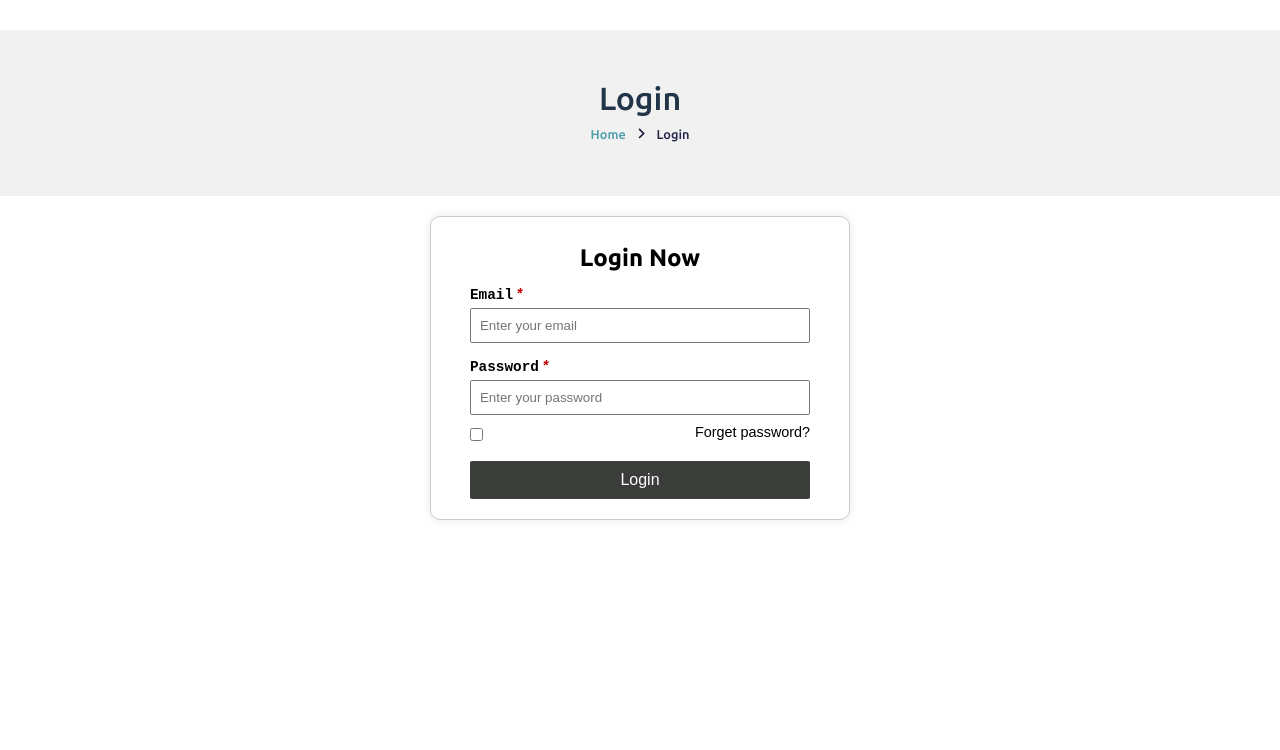
Repository: jkvekariya/Online-store-Management
Page: /auth/login (app in frontend/client/)
The author's editor kept a copy of each file at every save. The page is drawn from the files as they stood at one save, then again after the next save.
The browser window is 1280 px wide. The pictures show the whole page.
Some web fonts or font styles are not loaded; a fallback is used. The project was rebuilt for these pictures with package versions that can differ from the ones it lists, and the page was loaded fresh each time. Also part of the build but not shown: frontend/client/vite.config.js, frontend/client/src/css/header.css, frontend/client/src/css/sidebar.css, frontend/client/src/components/Sidebar.jsx, frontend/client/src/context/CartContext.jsx, frontend/client/src/components/Header.jsx, frontend/client/src/css/footer.css, frontend/client/src/components/Footer.jsx and 11 more.

Above is the page before, as saved 2026-01-02 14:46:05.

After the next save:
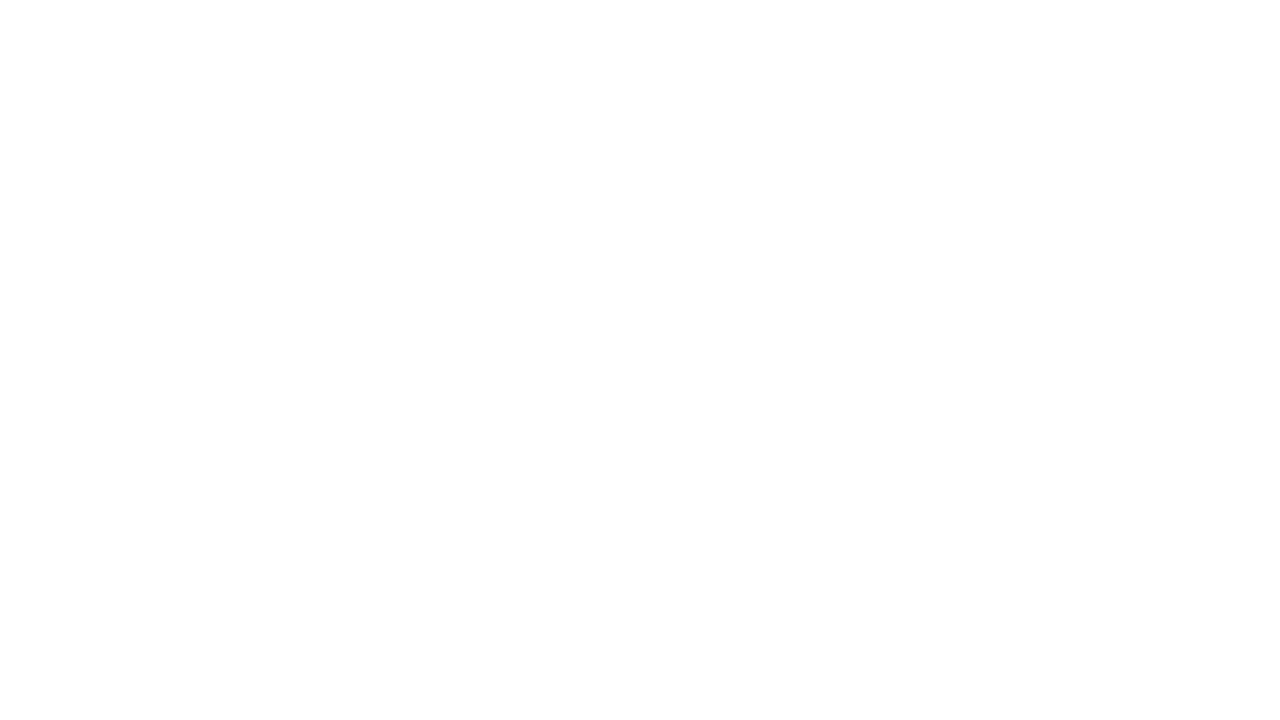
Console error: ReferenceError: Link is not defined
Saved 37 s later.
--- a/frontend/client/src/pages/auth/Login.jsx
+++ b/frontend/client/src/pages/auth/Login.jsx
@@ -33,7 +33,7 @@ const Login = () => {
         </div>
         <div className='verify-forgetpassword'>
             <input type="checkbox" id='checkbox' name='checkbox' />
-            <p>Forget password?</p>
+            <Link to=""> Forget password?</Link>
         </div>
       <div className='btn'>
         <button onClick={() => {}}>Login</button>

After the save that followed:
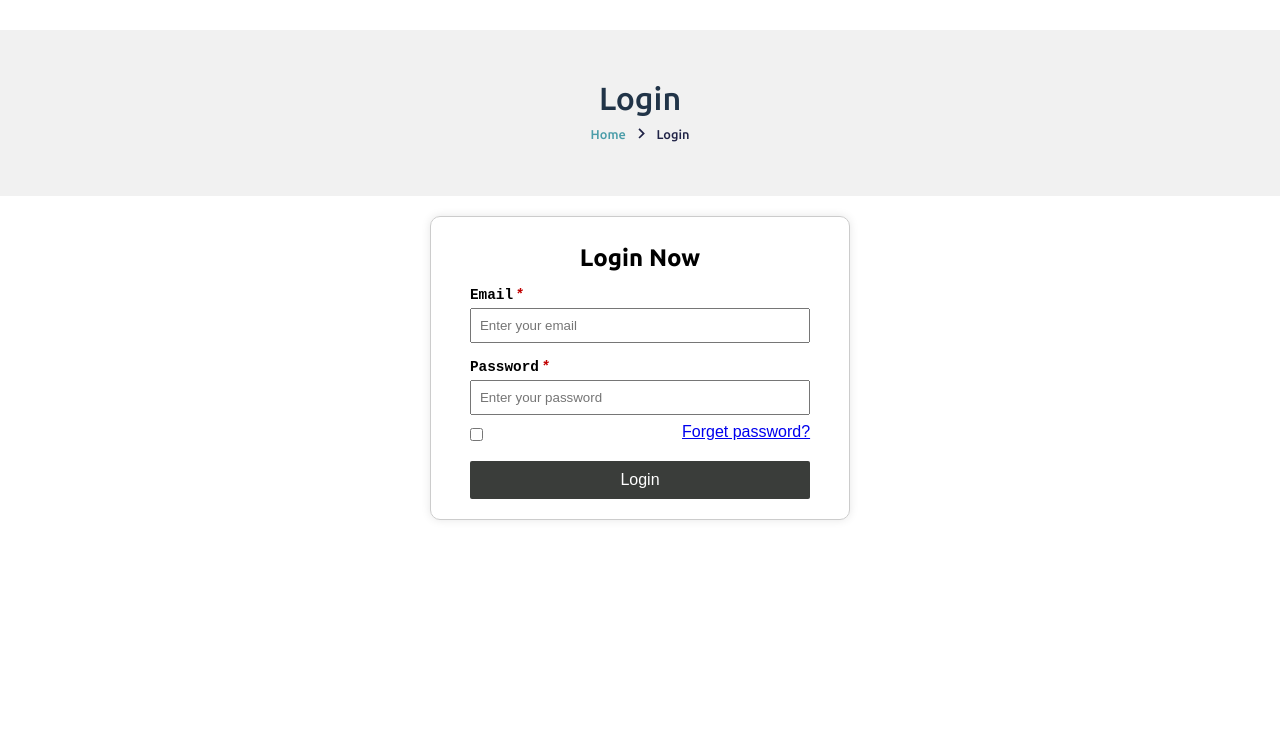
The error is gone.
Saved 11 s later.
--- a/frontend/client/src/pages/auth/Login.jsx
+++ b/frontend/client/src/pages/auth/Login.jsx
@@ -2,6 +2,7 @@ import React from 'react'
 import { useState } from 'react'
 import "../../css/login.css"
 import Bodyheader from '../../components/BodyHeader';
+import { Link } from 'react-router-dom';
 
 const Login = () => {
 
